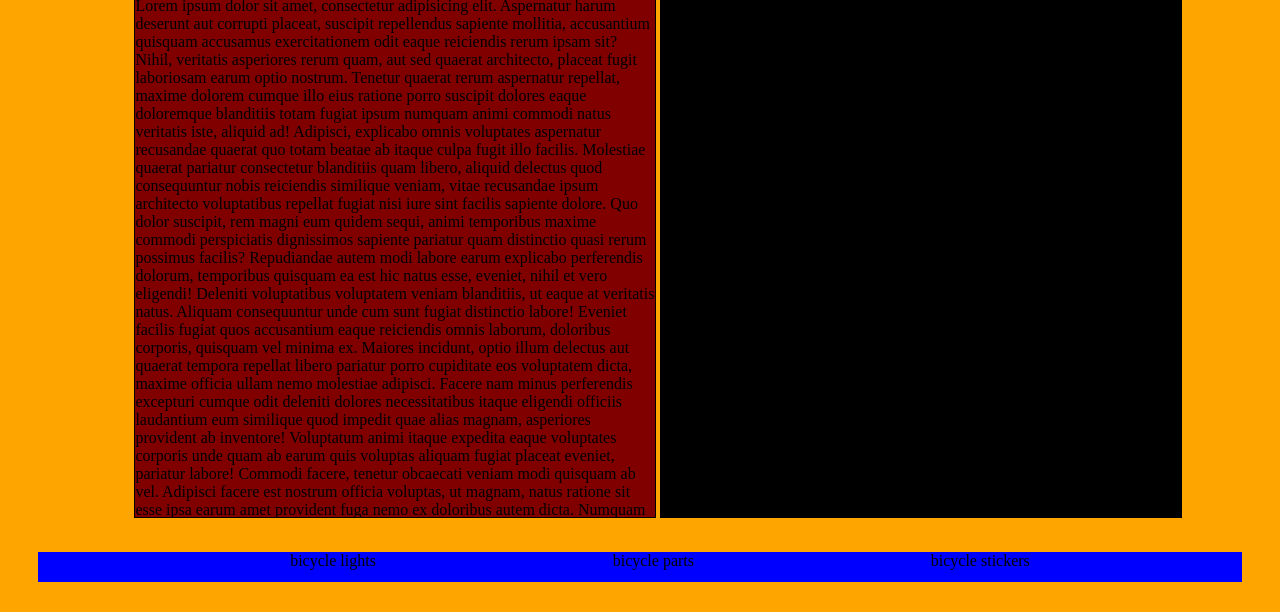
Repository: Danieldev28/Responsive-Web
Page: index.html
The author's editor kept a record of every edit. The page is drawn from the files as they stood at one moment, then again after the next edit.
The browser window is 1280 px wide. The pictures show the part of the page from y = 502 to 1114 px (the page is 1114 px tall).
A picture or video elsewhere on the page could not be fetched, so the positions and the page height are approximate. An inner scrolling area shows only its first screen.

Above is the page before.

### index.html
<!DOCTYPE html>
<html lang="en">
<head>
    <meta charset="UTF-8">
    <meta name="viewport" content="width=device-width, initial-scale=1.0">
    <meta http-equiv="X-UA-Compatible" content="ie=edge">
    <title>Document</title>
    <link rel="stylesheet"href="style.css"type="text/css">
</head>
<body>
    <nav>
   <ul>
       <li>Red bicycle</li>
       <li>Blue bicycle</li>
       <li>Green bicycle</li>
   </ul>
    </nav>
    <!--Introduction-->
    <header>
        <div class="content-wrap">
         <p>This is some text that will go inside. I hope that you have heard of
         <a href="https://www.blogto.com/sports_play/2015/04/the_top_25_bike_stores_in_toronto_by_neighbourhood/"target="_blank">List of bikes shops in Toronto</a></p>
         <img src="http://ridenicebike.com/site/wp-content/uploads/2017/09/DSC_1904-555x370.jpg" alt="This page is about bicycles" class="col-narrow">
             <div class="col-wide">
        <h1> This is the title of my page</h1>
        <h2> this is some more descripton</h2>
        <p>fasdfdsagfahfhgdshdfhfdhfdshafgagfasg paragraph.</p>
        </div>
    </div>
    </header>
    <!--main content-->
    <section class="category">
        <div class="content-wrap">
        <div id="borderbox1">Lorem ipsum dolor sit amet, consectetur adipisicing elit. Aspernatur harum deserunt aut corrupti placeat, suscipit repellendus sapiente mollitia, accusantium quisquam accusamus exercitationem odit eaque reiciendis rerum ipsam sit? Nihil, veritatis asperiores rerum quam, aut sed quaerat architecto, placeat fugit laboriosam earum optio nostrum. Tenetur quaerat rerum aspernatur repellat, maxime dolorem cumque illo eius ratione porro suscipit dolores eaque doloremque blanditiis totam fugiat ipsum numquam animi commodi natus veritatis iste, aliquid ad! Adipisci, explicabo omnis voluptates aspernatur recusandae quaerat quo totam beatae ab itaque culpa fugit illo facilis. Molestiae quaerat pariatur consectetur blanditiis quam libero, aliquid delectus quod consequuntur nobis reiciendis similique veniam, vitae recusandae ipsum architecto voluptatibus repellat fugiat nisi iure sint facilis sapiente dolore. Quo dolor suscipit, rem magni eum quidem sequi, animi temporibus maxime commodi perspiciatis dignissimos sapiente pariatur quam distinctio quasi rerum possimus facilis? Repudiandae autem modi labore earum explicabo perferendis dolorum, temporibus quisquam ea est hic natus esse, eveniet, nihil et vero eligendi! Deleniti voluptatibus voluptatem veniam blanditiis, ut eaque at veritatis natus. Aliquam consequuntur unde cum sunt fugiat distinctio labore! Eveniet facilis fugiat quos accusantium eaque reiciendis omnis laborum, doloribus corporis, quisquam vel minima ex. Maiores incidunt, optio illum delectus aut quaerat tempora repellat libero pariatur porro cupiditate eos voluptatem dicta, maxime officia ullam nemo molestiae adipisci. Facere nam minus perferendis excepturi cumque odit deleniti dolores necessitatibus itaque eligendi officiis laudantium eum similique quod impedit quae alias magnam, asperiores provident ab inventore! Voluptatum animi itaque expedita eaque voluptates corporis unde quam ab earum quis voluptas aliquam fugiat placeat eveniet, pariatur labore! Commodi facere, tenetur obcaecati veniam modi quisquam ab vel. Adipisci facere est nostrum officia voluptas, ut magnam, natus ratione sit esse ipsa earum amet provident fuga nemo ex doloribus autem dicta. Numquam eos quam, perferendis facilis voluptatem laboriosam veniam aut dicta sapiente, repellat id. Nulla, libero recusandae est exercitationem quasi nam qui, delectus hic ducimus eius perferendis earum aliquid distinctio beatae ipsa odio. Sint earum aspernatur, amet atque in assumenda! Dolorum iste, pariatur quo omnis. Quidem eveniet voluptatum enim dicta voluptatibus delectus numquam, fuga ipsa eos, dolorem mollitia quos iure nihil, maxime quas accusamus similique! Reprehenderit quod doloribus excepturi ex error tempora sed dolorem nulla vitae! Architecto quis, officiis debitis. Voluptatum fugiat fuga, temporibus repudiandae vero minus excepturi optio incidunt, culpa hic harum, ratione ipsam in rerum delectus quos soluta maxime commodi laborum non illum neque aliquid nihil deleniti. Ut ea, porro eum corporis odit maxime provident nulla asperiores deserunt autem sunt, sequi, praesentium neque architecto officia explicabo, sed? Sint tempore tempora quos rem saepe! Quo quod tenetur asperiores, et, cumque vel rem natus reiciendis, sunt voluptatem numquam error quos dolor reprehenderit nisi nesciunt iure, pariatur. Culpa id facere sit ab quibusdam repellat ducimus reiciendis, ad atque cum dolorem sed enim accusantium nobis qui ea, ut facilis quidem voluptatibus minima eos beatae nemo blanditiis aliquam! Doloribus quo accusantium omnis necessitatibus rerum sunt, rem id consequuntur quidem facere facilis quis dolores, asperiores ab modi, velit commodi eaque sint et? Amet possimus iste quam recusandae rem.</div>
        <div id="borderbox2">Lorem ipsum dolor sit amet, consectetur adipisicing elit. Vitae reprehenderit nobis eaque amet enim natus, odit impedit animi quasi maiores modi blanditiis ipsam quaerat, harum explicabo nostrum autem accusantium unde hic, rerum assumenda. Quidem voluptatem dolorem voluptatum, ex praesentium, eaque omnis maiores vitae numquam expedita consectetur rem natus fuga! Consequuntur beatae voluptatibus, doloremque ab quibusdam sequi animi laudantium soluta error recusandae provident natus voluptas culpa molestias quam nobis deserunt temporibus tenetur odio, eius iure ut. Aliquid cupiditate et consequatur quo saepe eos adipisci reprehenderit tempora eligendi numquam, sint libero in earum aliquam, dolor ex aspernatur laudantium ab repudiandae itaque veniam! Maiores vero, rem illo consequuntur architecto laboriosam sequi odit cumque quae. Voluptatum nostrum pariatur modi, distinctio praesentium, aspernatur, asperiores odio inventore maxime dolores ullam. Suscipit quisquam repellat omnis ex, delectus maiores sint, nemo modi itaque laboriosam similique, numquam et reprehenderit non. Consectetur doloribus dolorem quibusdam dolore similique officia deserunt, neque qui repellat, perferendis quas, accusantium expedita eius doloremque. Minima ipsum, adipisci. Eos ullam quos eligendi! Excepturi quod atque, velit esse animi adipisci ullam nesciunt, molestias debitis placeat sit quis quasi recusandae voluptas quos consequatur provident modi, voluptatibus praesentium incidunt perspiciatis mollitia. Perferendis voluptatibus, illum eius dicta voluptas ducimus sint dolor dolorem quaerat dignissimos optio, ea, eligendi, aperiam ex deserunt vel voluptatem consequatur eaque ab tenetur magnam? Illo ex perspiciatis ducimus id velit dolorem nulla nesciunt in ipsa, expedita, libero ut explicabo tenetur possimus iure corporis minus dignissimos enim. Rerum eos modi voluptatem molestiae mollitia accusamus dignissimos ut, quod nostrum vero aliquam velit, veniam eius et sed ipsam quaerat voluptatibus. Sapiente quidem aliquam nihil ipsam vel maiores rem hic nesciunt ex amet deleniti doloribus deserunt explicabo quasi eveniet magnam facere id eos quia voluptatum iste enim, animi culpa officia ipsa! Praesentium id fugit perspiciatis provident quam neque architecto officiis consequatur ipsum doloremque ipsa quibusdam aliquam adipisci, consequuntur excepturi quia sed nesciunt incidunt deserunt ipsam, vitae laboriosam non deleniti quis saepe! Eius libero expedita ea vel consectetur corrupti illo iure assumenda. Delectus architecto totam ipsa aliquid ex facere corrupti itaque perferendis aperiam obcaecati expedita repellat, adipisci amet temporibus odio quo alias. Vitae aperiam neque, ad animi at amet repellendus nam pariatur minus placeat sapiente modi id quidem quam voluptatum sed tempora ea omnis quis reiciendis perspiciatis! Voluptatum in, exercitationem qui eligendi ullam mollitia omnis magni perspiciatis praesentium voluptates hic voluptate cupiditate possimus incidunt aliquid unde recusandae, ut, sunt a facilis. Eligendi earum doloremque autem aperiam dolorem quo, similique quis quia, quos tempora officia. Dolorum iste cumque asperiores, repellat fugit ad ducimus, corporis quod, eos dicta laborum aperiam. Repudiandae eaque, voluptatem consectetur dolorem voluptas magni animi nihil asperiores, totam quam! Veniam eligendi reiciendis, repellat blanditiis rem error natus similique illum. Voluptate architecto doloremque delectus dignissimos iste reiciendis aut vel perferendis est. Voluptatum nemo, aliquid quidem commodi libero corporis distinctio sunt, officia, similique natus rem error est itaque nam fugit placeat voluptas laborum. Modi quidem dolor laborum voluptatem cum? Odit a sint dolores dolor, quaerat animi consequatur mollitia, impedit, expedita nisi, eveniet cumque nihil.</div>
    </section>

    <!--end of my page-->
    <footer>
     <div class="footer">
     <nav>
   <ul>
       <li>bicycle lights</li>
       <li>bicycle parts</li>
       <li>bicycle stickers</li>
   </ul>
    </nav>
    </div>
    </footer>

























   <!--
    <p>This is some text that will go inside. I hope that you have heard of
       <a href="https://www.blogto.com/sports_play/2015/04/the_top_25_bike_stores_in_toronto_by_neighbourhood/"target="_blank">List of bikes shops in Toronto</a></p>

            <h2>bicycle one</h2>
            <aricle>
                <p>dsflds;hafldsklfdhfds</p>
            <div class="card">
            <a href="http://ridenicebike.com/site/">
            <img src="http://ridenicebike.com/site/wp-content/uploads/2017/09/DSC_1904-555x370.jpg"></a>
            <h2>My 1st Nice Bike</h2>
            </div>
            </article>
           <h2>bicycle two</h2>
            <div class="card">
            <a href="http://ridenicebike.com/site/">
            <img src="http://blog.fairwheelbikes.com/wp-content/uploads/2017/10/Parlee_Altum_1_SM.jpg"></a>
            <h2>My second Bicycle/h2>
-->
</body>
</html>

### style.css
nav ul {
 list-style:none;
 background-color:red;
 text-align:center;
 width 30px;
 height:30px;
}
nav li {
 display:inline-block;
 margin-left: 10%;
 margin-right:10%;


}

.col-narrow {
 width:25%;
 height:25%;

}
h1 {
 text-align: center;
 text-decoration:underline;
 letter-spacing:5px;
 text-transform: Capitalize;
 font-style:italic;
 text-shadow: 5px 10px 0px #777;
}
footer nav ul{
 background-color:blue;
 margin:30px;

}
body {
 background-color: orange;

}
#borderbox1 {
 width: 520px;
 height: 520px;
 border:1px solid black;
 display:inline-block;
 margin-left:10%;
 background-color:yellow;
 overflow:scroll;

}

#borderbox2 {
 width: 520px;
 height: 520px;
 border:1px solid black;
 display:inline-block;
 margin-right:2.5%;
 background-color: purple;
 overflow:scroll;

}
@media(min-width:700px){
 #borderbox1 {
  background-color: maroon;

}
#borderbox2{
 background-color: black;
}
}

After the next edit:
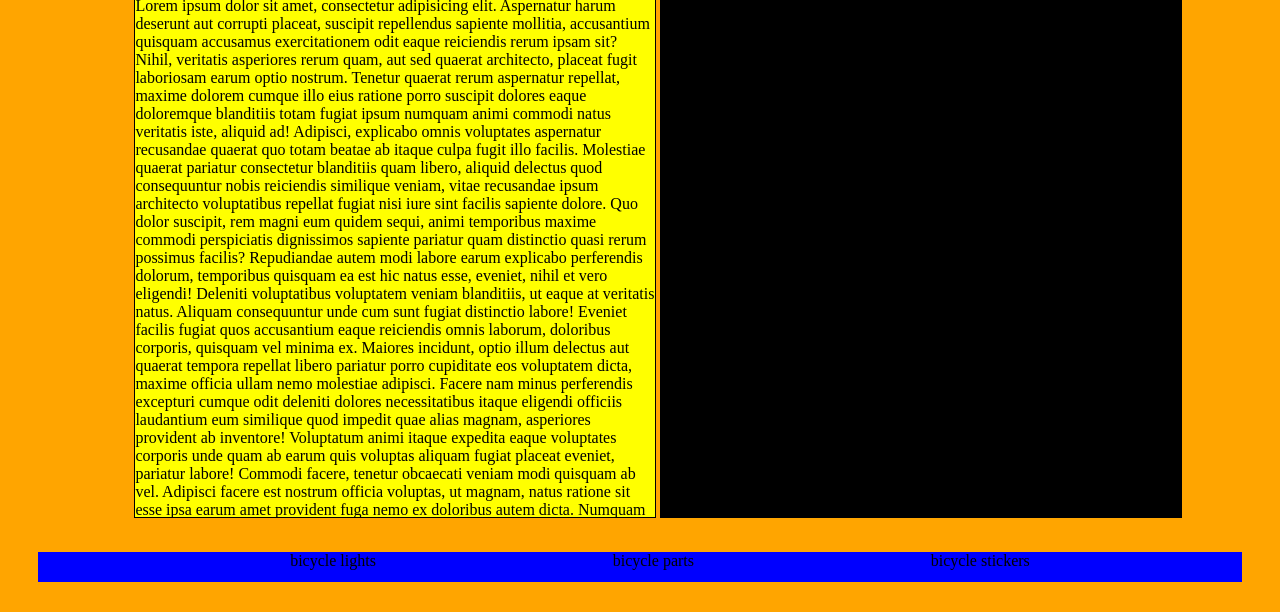
The edit:
--- a/style.css
+++ b/style.css
@@ -58,7 +58,7 @@
 }
 @media(min-width:700px){
  #borderbox1 {
-  background-color: maroon;
+  background-color:yellow;
 
 }
 #borderbox2{
